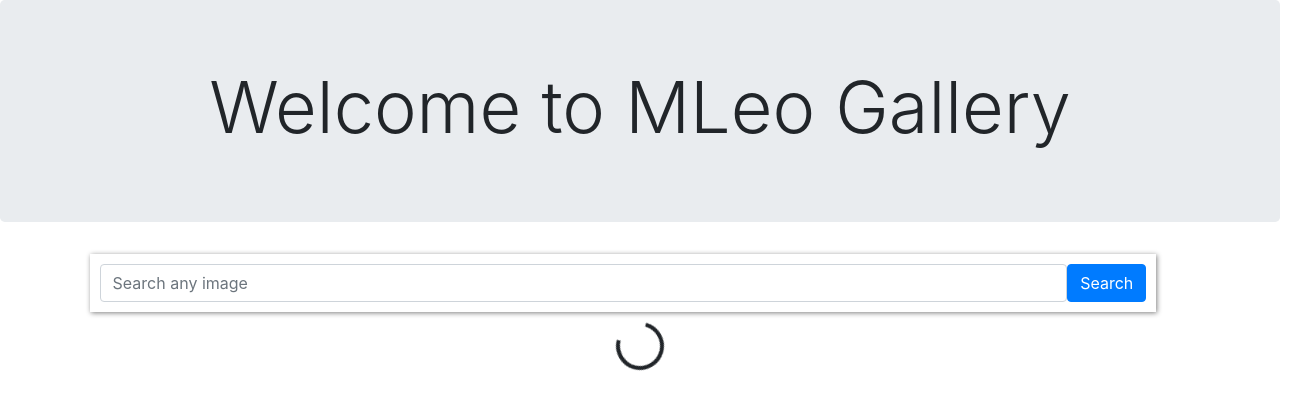
Repository: the-manohar/gallery
Page: /
The author's editor kept a copy of each file at every save. The page is drawn from the files as they stood at one save, then again after the next save.
The browser window is 1280 px wide. The page is 1295 px wide, so the pictures cover 1295 px, including what lies to the right of the window. The pictures show the whole page.
The project was rebuilt for these pictures with package versions that can differ from the ones it lists, and the page was loaded fresh each time.

Above is the page before, as saved 2020-06-18 23:33:28.

### src/index.js
import React from "react";
import ReactDOM from "react-dom";
import "./index.css";
import "bootstrap/dist/css/bootstrap.css";
import App from "./App";
import * as serviceWorker from "./serviceWorker";

ReactDOM.render(
  <React.StrictMode>
    <App />
  </React.StrictMode>,
  document.getElementById("root")
);

// If you want your app to work offline and load faster, you can change
// unregister() to register() below. Note this comes with some pitfalls.
// Learn more about service workers: https://bit.ly/CRA-PWA
serviceWorker.unregister();

### src/App.js
import React, { useState } from "react";
import { Button, InputGroup, Input, Jumbotron, Spinner } from "reactstrap";

import "./App.css";

function App() {
  const [value, setValue] = useState("");
  const [result, setResult] = useState([]);
  const fetchImages = () => {
    fetch(
      `https://api.unsplash.com/search/photos/?client_id=V38aA4zOjg1Xb1lBpNRUAK8duXvqwhDHHJbssXB_Pps&query=${value}&orientation=squarish&per_page=18`
    )
      .then((res) => res.json())
      .then((data) => {
        setResult(data.results);
      });
  };
  return (
    <div className="row">
      <div className="App col-sm-5 col-md-12 col-xs-8">
        <Jumbotron>
          <h1 className="display-3">Welcome to MLeo Gallery</h1>
        </Jumbotron>
        <div className="mydiv col-sm-12 col-md-10">
          <InputGroup>
            <Input
              placeholder="Search any image"
              value={value}
              onChange={(event) => setValue(event.target.value)}
            />
          </InputGroup>
          <Button color="primary" onClick={() => fetchImages()}>
            Search
          </Button>
        </div>

        {result.length > 0 ? (
          <div className="col-sm-12">
            {result.map((item) => {
              return (
                <img
                  className=" img-thumbnail"
                  key={item.id}
                  src={item.urls.small}
                  alt={item.urls.small}
                />
              );
            })}
          </div>
        ) : (
          <Spinner style={{ width: "3rem", height: "3rem" }} />
        )}
      </div>
    </div>
  );
}

export default App;

//

### src/App.css
.App {
  text-align: center;
}
.mydiv {
  display: flex;
  justify-content: space-around;
  margin: 10px 7%;
  box-shadow: 1px 1px 5px grey;
  padding: 10px;
}

.gallery {
  display: flex;
  flex-wrap: wrap;
  justify-content: space-around;
}
.item {
  width: 30%;
  margin: 5px;
}

Loaded but not shown: public/index.html (common file); src/index.css (common file); src/serviceWorker.js (common file)

After the next save:
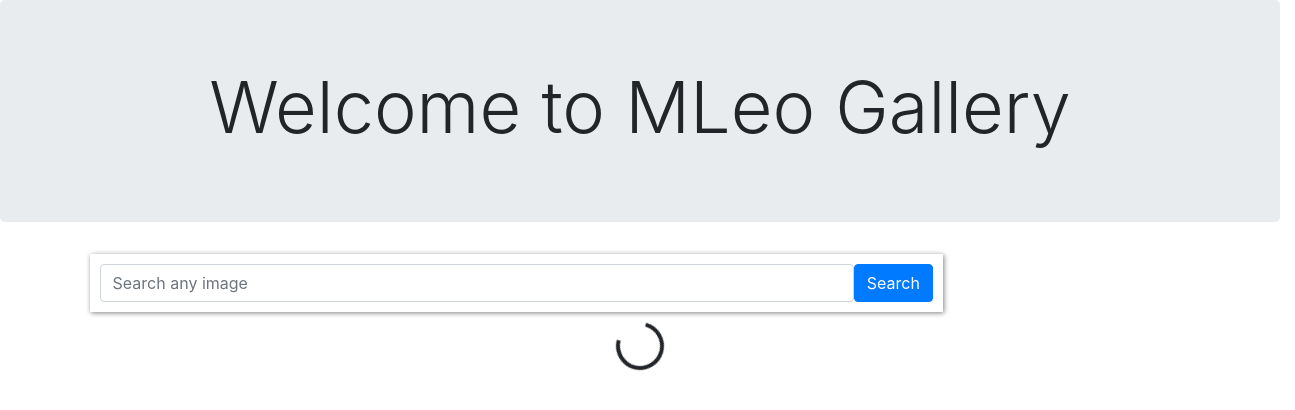
Saved 73 s later.
--- a/src/App.js
+++ b/src/App.js
@@ -21,7 +21,7 @@
         <Jumbotron>
           <h1 className="display-3">Welcome to MLeo Gallery</h1>
         </Jumbotron>
-        <div className="mydiv col-sm-12 col-md-10">
+        <div className="mydiv col-sm-5 col-md-8 col-xs-8">
           <InputGroup>
             <Input
               placeholder="Search any image"

After the save that followed:
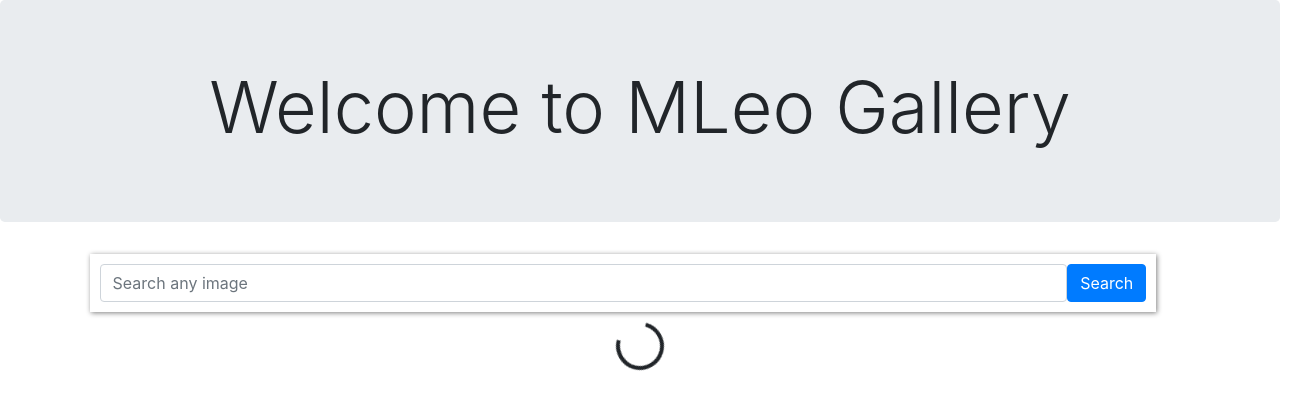
Saved 8 s later.
--- a/src/App.js
+++ b/src/App.js
@@ -21,7 +21,7 @@
         <Jumbotron>
           <h1 className="display-3">Welcome to MLeo Gallery</h1>
         </Jumbotron>
-        <div className="mydiv col-sm-5 col-md-8 col-xs-8">
+        <div className="mydiv col-sm-5 col-md-10 col-xs-8">
           <InputGroup>
             <Input
               placeholder="Search any image"
